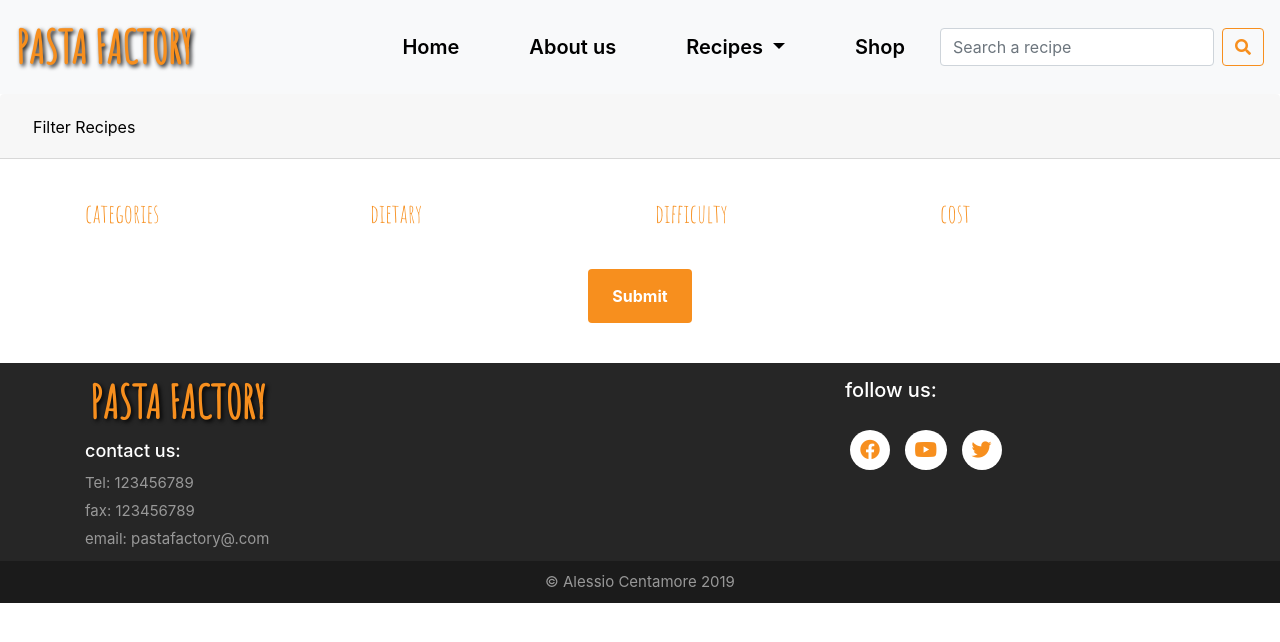
Repository: Baal89/recipe-app
Page: http://localhost/get_recipes
The author's editor kept a record of every edit. The page is drawn from the files as they stood at one moment, then again after the next edit.
The browser window is 1280 px wide. The pictures show the whole page.
Some web libraries are served in a nearby version. The page is served by the project's application, run on Flask 3 (app.py). Queries for data that is not in the repository find no rows.

Above is the page before.
Console error: TypeError: $(...).tooltip is not a function

After the next edit:
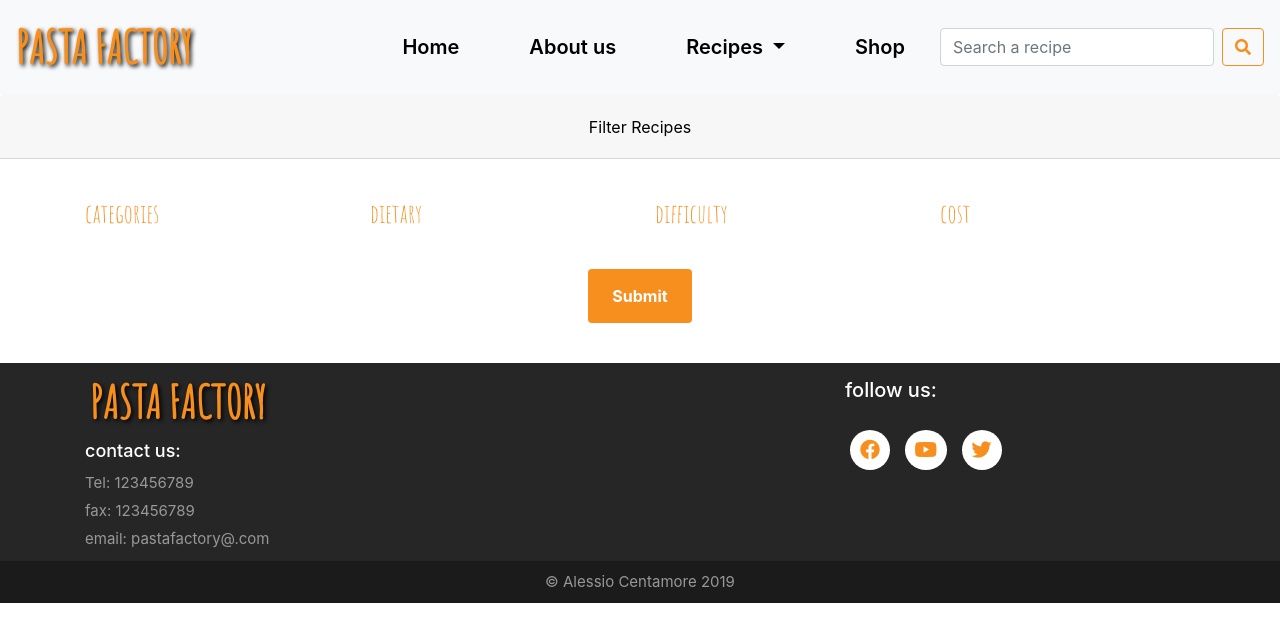
The edit:
--- a/templates/recipes.html
+++ b/templates/recipes.html
@@ -4,7 +4,7 @@
 <section>
     <div class="accordion" id="accordionExample">
         <div class="card">
-            <div class="card-header" id="headingOne">
+            <div class="card-header text-center" id="headingOne">
                 <h2 class="mb-0">
                     <button class="btn btn-link" type="button" data-toggle="collapse" data-target="#collapseOne" aria-expanded="true" aria-controls="collapseOne">
           Filter Recipes
